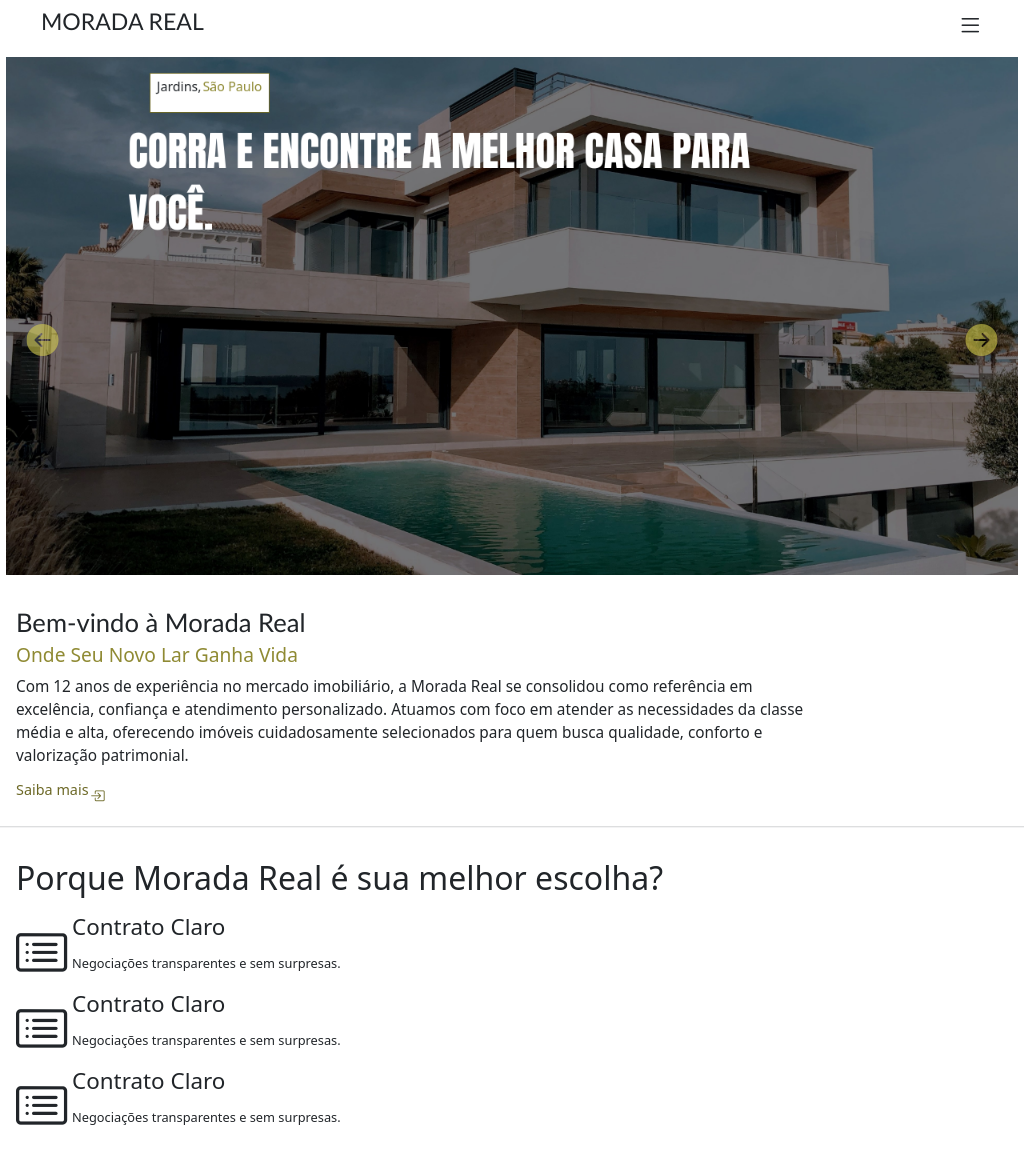
Repository: Mattyns/moradareal
Page: index.html
These files come from the project's save history. The page is drawn as it stood at one moment and after the next save; the edit follows.
The browser window is 1280 px wide. The pictures show the whole page, at 80% of full size.

Above is the page before, as saved 2025-07-13 17:17:43.

After the next save:
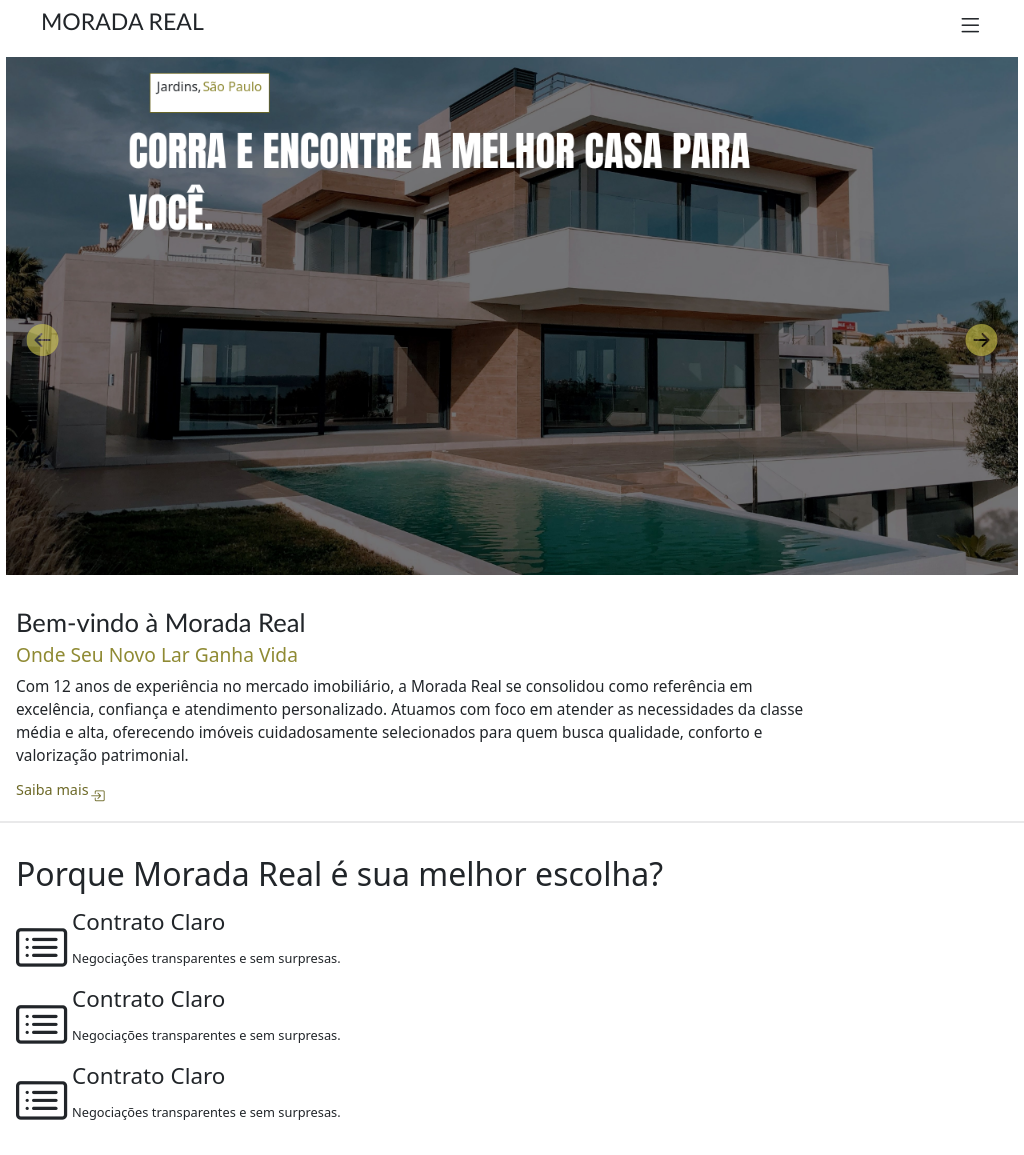
Saved 4 s later.
--- a/style/style.css
+++ b/style/style.css
@@ -188,7 +188,7 @@
 }
 
 .line--gray {
-    margin-top: ;
+    margin-top: 10px;
 }
 
 .services {
